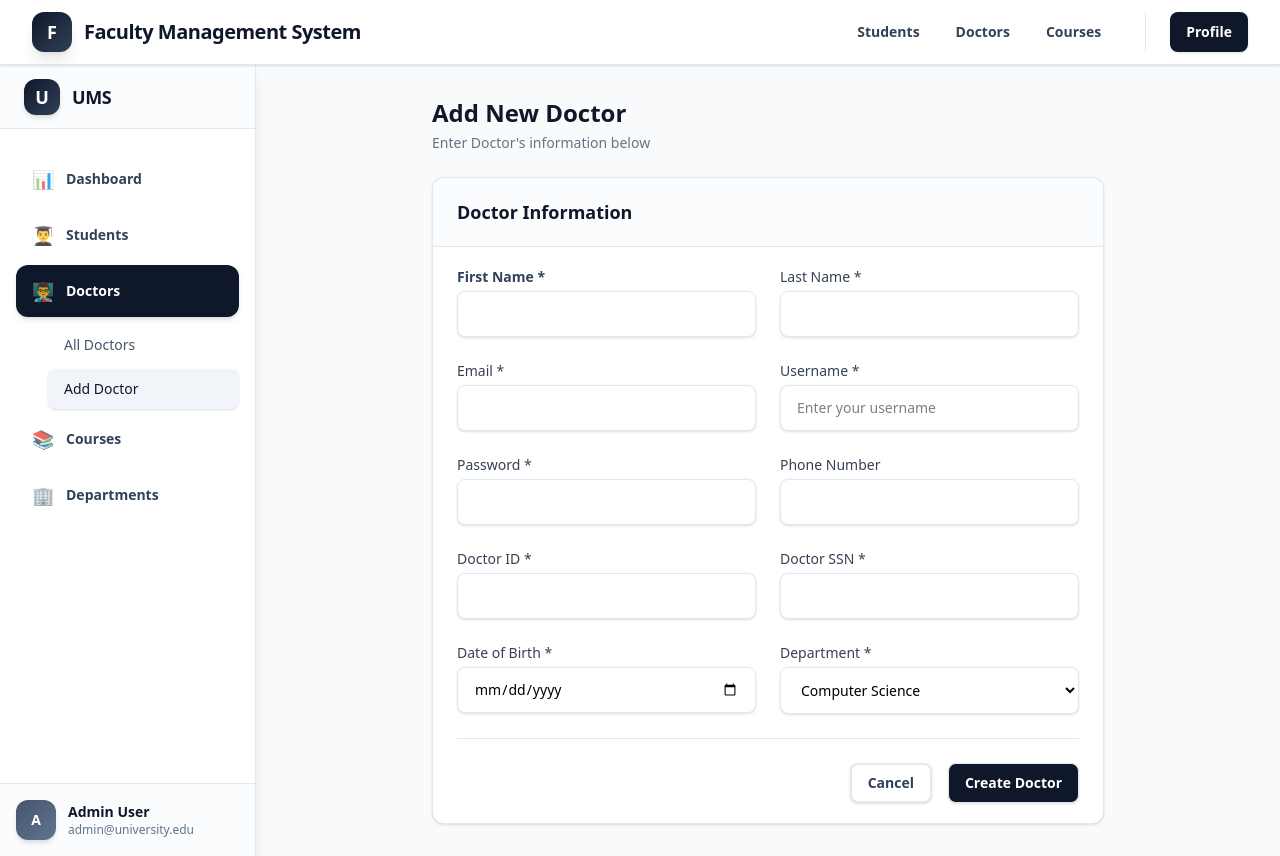
Repository: Mohamedmohsen179/Advanced-DB-Task
Page: /doctors/new (app in frontend/)
An editor plug-in stored every save of this project. The page is shown before and after the next save, followed by the edit.
The browser window is 1280 px wide. The pictures show the whole page.
The page's requests for data from a server got no answer. The project was rebuilt for these pictures with package versions that can differ from the ones it lists, and the page was loaded fresh each time. The framework's server and built-in components were replaced by stand-ins that run in the browser. No one was signed in, and anything a server would have sent is missing. Also part of the build but not shown: frontend/next.config.ts.

Above is the page before, as saved 2025-11-28 19:17:29.

### frontend/app/layout.tsx
import type { Metadata } from "next";
import { Geist, Geist_Mono } from "next/font/google";
import "./globals.css";
import MainLayout from "../components/layout/MainLayout";

const geistSans = Geist({
  variable: "--font-geist-sans",
  subsets: ["latin"],
});

const geistMono = Geist_Mono({
  variable: "--font-geist-mono",
  subsets: ["latin"],
});

export const metadata: Metadata = {
  title: "University Management System",
  description: "A comprehensive university management system built with Next.js and TypeScript",
};

export default function RootLayout({
  children,
}: Readonly<{
  children: React.ReactNode;
}>) {
  return (
    <html lang="en">
      <body
        className={`${geistSans.variable} ${geistMono.variable} antialiased`}
      >
        <MainLayout>{children}</MainLayout>
      </body>
    </html>
  );
}

### frontend/app/doctors/new/page.tsx
'use client';

import { useState } from 'react';
import { useRouter } from 'next/navigation';
import { CreateDoctorRequest } from '../../../types';
import { apiService } from '../../../services/api';
import { Card, CardContent, CardHeader } from '../../../components/ui/Card';
import Button from '../../../components/ui/Button';

export default function NewDoctorPage() {
  const router = useRouter();
  const [loading, setLoading] = useState(false);
  const [error, setError] = useState<string | null>(null);

  const [formData, setFormData] = useState<CreateDoctorRequest>({
    firstName: '',
    lastName: '',
    email: '',
    phoneNumber: '',
    dateOfBirth: '',
    employeeId: '',
    departmentId: '1', // Default to first department
    title: '',
    specialization: '',
    officeLocation: '',
    officeHours: '',
    biography: '',
    qualifications: [],
    researchInterests: [],
  });

  const [qualificationInput, setQualificationInput] = useState('');
  const [researchInput, setResearchInput] = useState('');

  const handleInputChange = (e: React.ChangeEvent<HTMLInputElement | HTMLSelectElement | HTMLTextAreaElement>) => {
    const { name, value } = e.target;
    setFormData(prev => ({
      ...prev,
      [name]: value,
    }));
  };

  const addQualification = () => {
    if (qualificationInput.trim()) {
      setFormData(prev => ({
        ...prev,
        qualifications: [...prev.qualifications, qualificationInput.trim()],
      }));
      setQualificationInput('');
    }
  };

  const removeQualification = (index: number) => {
    setFormData(prev => ({
      ...prev,
      qualifications: prev.qualifications.filter((_, i) => i !== index),
    }));
  };

  const addResearchInterest = () => {
    if (researchInput.trim()) {
      setFormData(prev => ({
        ...prev,
        researchInterests: [...prev.researchInterests, researchInput.trim()],
      }));
      setResearchInput('');
    }
  };

  const removeResearchInterest = (index: number) => {
    setFormData(prev => ({
      ...prev,
      researchInterests: prev.researchInterests.filter((_, i) => i !== index),
    }));
  };

  const handleSubmit = async (e: React.FormEvent) => {
    e.preventDefault();
    setLoading(true);
    setError(null);

    try {
      const response = await apiService.createDoctor(formData);

      if (response.success) {
        router.push('/doctors');
      } else {
        setError('Failed to create doctor');
      }
    } catch (err) {
      setError('An error occurred while creating the doctor');
      console.error('Error creating doctor:', err);
    } finally {
      setLoading(false);
    }
  };

  return (
    <div className="max-w-2xl mx-auto">
      <div className="mb-6">
        <h1 className="text-2xl font-bold text-gray-900">Add New Doctor</h1>
        <p className="mt-1 text-sm text-gray-500">
          Enter Doctor&apos;s information below
        </p>
      </div>

      {error && (
        <div className="mb-6 bg-red-50 border border-red-200 rounded-md p-4">
          <div className="flex">
            <div className="flex-shrink-0">
              <svg className="h-5 w-5 text-red-400" viewBox="0 0 20 20" fill="currentColor">
                <path fillRule="evenodd" d="M10 18a8 8 0 100-16 8 8 0 000 16zM8.707 7.293a1 1 0 00-1.414 1.414L8.586 10l-1.293 1.293a1 1 0 101.414 1.414L10 11.414l1.293 1.293a1 1 0 001.414-1.414L11.414 10l1.293-1.293a1 1 0 00-1.414-1.414L10 8.586 8.707 7.293z" clipRule="evenodd" />
              </svg>
            </div>
            <div className="ml-3">
              <h3 className="text-sm font-medium text-red-800">Error</h3>
              <div className="mt-2 text-sm text-red-700">
                <p>{error}</p>
              </div>
            </div>
          </div>
        </div>
      )}

      <Card>
        <CardHeader>
          <h2 className="text-lg font-semibold text-gray-900">Doctor Information</h2>
        </CardHeader>
        <CardContent>
          <form onSubmit={handleSubmit} className="space-y-6">
            {/* Basic Information */}
            <div className="grid grid-cols-1 md:grid-cols-2 gap-6">
              <div>
                <label htmlFor="firstName" className="block text-sm font-semibold text-slate-700">
                  First Name *
                </label>
                <input
                  type="text"
                  id="firstName"
                  name="firstName"
                  required
                  value={formData.firstName}
                  onChange={handleInputChange}
                  className="text-black mt-1 block w-full border border-slate-300 rounded-lg px-4 py-3 text-sm focus:outline-none focus:ring-2 focus:ring-slate-500 focus:border-slate-500 transition-all duration-200 bg-white shadow-sm"
                />
              </div>

              <div>
                <label htmlFor="lastName" className="block text-sm font-medium text-gray-700">
                  Last Name *
                </label>
                <input
                  type="text"
                  id="lastName"
                  name="lastName"
                  required
                  value={formData.lastName}
                  onChange={handleInputChange}
                  className="text-black mt-1 block w-full border border-slate-300 rounded-lg px-4 py-3 text-sm focus:outline-none focus:ring-2 focus:ring-slate-500 focus:border-slate-500 transition-all duration-200 bg-white shadow-sm"
                />
              </div>

              <div>
                <label htmlFor="email" className="block text-sm font-medium text-gray-700">
                  Email *
                </label>
                <input
                  type="email"
                  id="email"
                  name="email"
                  required
                  value={formData.email}
                  onChange={handleInputChange}
                  className="text-black mt-1 block w-full border border-slate-300 rounded-lg px-4 py-3 text-sm focus:outline-none focus:ring-2 focus:ring-slate-500 focus:border-slate-500 transition-all duration-200 bg-white shadow-sm"
                />
              </div>

              <div>
                <label
                  htmlFor="username"
                  className="block text-sm font-medium text-gray-700"
                >
                  Username *
                </label>
                <input
                  type="text"
                  id="username"
                  name="username"
                  required
                  value={formData.username}
                  onChange={handleInputChange}
                  placeholder="Enter your username"
                  className="text-black mt-1 block w-full border border-slate-300 rounded-lg px-4 py-3 text-sm
           focus:outline-none focus:ring-2 focus:ring-slate-500 focus:border-slate-500
           transition-all duration-200 bg-white shadow-sm"
                />
              </div>


              <div>
                <label htmlFor="password" className="block text-sm font-medium text-gray-700">
                  Password *
                </label>
                <input
                  type="password"
                  id="password"
                  name="password"
                  required
                  value={formData.password}
                  onChange={handleInputChange}
                  className="text-black mt-1 block w-full border border-slate-300 rounded-lg px-4 py-3 text-sm focus:outline-none focus:ring-2 focus:ring-slate-500 focus:border-slate-500 transition-all duration-200 bg-white shadow-sm"
                />
              </div>

              <div>
                <label htmlFor="phoneNumber" className="block text-sm font-medium text-gray-700">
                  Phone Number
                </label>
                <input
                  type="tel"
                  id="phoneNumber"
                  name="phoneNumber"
                  value={formData.phoneNumber}
                  onChange={handleInputChange}
                  className="text-black mt-1 block w-full border border-slate-300 rounded-lg px-4 py-3 text-sm focus:outline-none focus:ring-2 focus:ring-slate-500 focus:border-slate-500 transition-all duration-200 bg-white shadow-sm"
                />
              </div>

              <div>
                <label htmlFor="employeeId" className="block text-sm font-medium text-gray-700">
                  Doctor ID *
                </label>
                <input
                  type="text"
                  id="employeeId"
                  name="employeeId"
                  required
                  value={formData.employeeId}
                  onChange={handleInputChange}
                  className="text-black mt-1 block w-full border border-slate-300 rounded-lg px-4 py-3 text-sm focus:outline-none focus:ring-2 focus:ring-slate-500 focus:border-slate-500 transition-all duration-200 bg-white shadow-sm"
                />
              </div>

              <div>
                <label htmlFor="doctorSsn" className="block text-sm font-medium text-gray-700">
                  Doctor SSN *
                </label>
                <input
                  type="text"
                  id="doctorSsn"
                  name="doctorSsn"
                  required
                  value={formData.employeeId}
                  onChange={handleInputChange}
                  className="text-black mt-1 block w-full border border-slate-300 rounded-lg px-4 py-3 text-sm focus:outline-none focus:ring-2 focus:ring-slate-500 focus:border-slate-500 transition-all duration-200 bg-white shadow-sm"
                />
              </div>

              <div>
                <label htmlFor="dateOfBirth" className="block text-sm font-medium text-gray-700">
                  Date of Birth *
                </label>
                <input
                  type="date"
                  id="dateOfBirth"
                  name="dateOfBirth"
                  required
                  value={formData.dateOfBirth}
                  onChange={handleInputChange}
                  className="text-black mt-1 block w-full border border-slate-300 rounded-lg px-4 py-3 text-sm focus:outline-none focus:ring-2 focus:ring-slate-500 focus:border-slate-500 transition-all duration-200 bg-white shadow-sm"
                />
              </div>

              <div>
                <label htmlFor="departmentId" className="block text-sm font-medium text-gray-700">
                  Department *
                </label>
                <select
                  id="departmentId"
                  name="departmentId"
                  required
                  value={formData.departmentId}
                  onChange={handleInputChange}
                  className="text-black mt-1 block w-full border border-slate-300 rounded-lg px-4 py-3 text-sm focus:outline-none focus:ring-2 focus:ring-slate-500 focus:border-slate-500 transition-all duration-200 bg-white shadow-sm"
                >
                  <option value="1">Computer Science</option>
                  <option value="2">Mathematics</option>
                </select>
              </div>
            </div>


            <div className="flex justify-end space-x-4 pt-6 border-t border-gray-200">
              <Button
                type="button"
                variant="outline"
                onClick={() => router.back()}
              >
                Cancel
              </Button>
              <Button
                type="submit"
                loading={loading}
              >
                Create Doctor
              </Button>
            </div>
          </form>
        </CardContent>
      </Card>
    </div>
  );
}

### frontend/app/globals.css
@import "tailwindcss";

:root {
  --background: #fafafa;
  --foreground: #0f172a;
  --primary: #2563eb;
  --primary-foreground: #ffffff;
  --secondary: #f1f5f9;
  --secondary-foreground: #334155;
  --muted: #f8fafc;
  --muted-foreground: #64748b;
  --accent: #f1f5f9;
  --accent-foreground: #0f172a;
  --border: #e2e8f0;
  --input: #ffffff;
  --ring: #2563eb;
  --radius: 0.5rem;
}

@theme inline {
  --color-background: var(--background);
  --color-foreground: var(--foreground);
  --font-sans: var(--font-geist-sans);
  --font-mono: var(--font-geist-mono);
}

@media (prefers-color-scheme: dark) {
  :root {
    --background: #020617;
    --foreground: #f8fafc;
    --primary: #3b82f6;
    --primary-foreground: #f8fafc;
    --secondary: #1e293b;
    --secondary-foreground: #f8fafc;
    --muted: #1e293b;
    --muted-foreground: #94a3b8;
    --accent: #1e293b;
    --accent-foreground: #f8fafc;
    --border: #334155;
    --input: #1e293b;
    --ring: #3b82f6;
  }
}

* {
  border-color: var(--border);
}

body {
  background: var(--background);
  color: var(--foreground);
  font-family: var(--font-sans), system-ui, -apple-system, sans-serif;
  line-height: 1.6;
  -webkit-font-smoothing: antialiased;
  -moz-osx-font-smoothing: grayscale;
}

/* Professional scrollbar */
::-webkit-scrollbar {
  width: 8px;
  height: 8px;
}

::-webkit-scrollbar-track {
  background: var(--muted);
}

::-webkit-scrollbar-thumb {
  background: var(--muted-foreground);
  border-radius: 4px;
}

::-webkit-scrollbar-thumb:hover {
  background: var(--foreground);
}

/* Focus styles */
.focus-visible {
  outline: 2px solid var(--ring);
  outline-offset: 2px;
}

/* Professional shadows */
.shadow-professional {
  box-shadow: 0 1px 3px 0 rgb(0 0 0 / 0.1), 0 1px 2px -1px rgb(0 0 0 / 0.1);
}

.shadow-professional-lg {
  box-shadow: 0 10px 15px -3px rgb(0 0 0 / 0.1), 0 4px 6px -4px rgb(0 0 0 / 0.1);
}

### frontend/components/layout/MainLayout.tsx
'use client';

import { useState } from 'react';
import Navbar from './Navbar';
import Sidebar from './Sidebar';

interface MainLayoutProps {
  children: React.ReactNode;
}

export default function MainLayout({ children }: MainLayoutProps) {
  const [sidebarOpen, setSidebarOpen] = useState(false);

  return (
    <div className="min-h-screen bg-slate-50">
      {/* Navbar */}
      <Navbar />

      <div className="flex">
        {/* Sidebar */}
        <Sidebar
          isOpen={sidebarOpen}
          onClose={() => setSidebarOpen(false)}
        />

        {/* Main Content */}
        <div className="flex-1 lg:ml-0">
          {/* Mobile sidebar toggle */}
          <div className="lg:hidden">
            <button
              onClick={() => setSidebarOpen(true)}
              className="fixed top-20 left-4 z-10 bg-white p-3 rounded-xl shadow-professional border border-slate-200 hover:shadow-professional-lg transition-all duration-200"
            >
              <svg className="w-5 h-5 text-slate-600" fill="none" stroke="currentColor" viewBox="0 0 24 24">
                <path strokeLinecap="round" strokeLinejoin="round" strokeWidth={2} d="M4 6h16M4 12h16M4 18h16" />
              </svg>
            </button>
          </div>

          {/* Page Content */}
          <main className="p-6 lg:p-8">
            <div className="max-w-7xl mx-auto">
              {children}
            </div>
          </main>
        </div>
      </div>
    </div>
  );
}

### frontend/components/ui/Card.tsx
import { HTMLAttributes, forwardRef } from 'react';

interface CardProps extends HTMLAttributes<HTMLDivElement> {
  children: React.ReactNode;
}

const Card = forwardRef<HTMLDivElement, CardProps>(
  ({ className = '', children, ...props }, ref) => {
    return (
      <div
        ref={ref}
        className={`bg-white rounded-xl border border-slate-200 shadow-professional hover:shadow-professional-lg transition-shadow duration-200 ${className}`}
        {...props}
      >
        {children}
      </div>
    );
  }
);

Card.displayName = 'Card';

interface CardHeaderProps extends HTMLAttributes<HTMLDivElement> {
  children: React.ReactNode;
}

const CardHeader = forwardRef<HTMLDivElement, CardHeaderProps>(
  ({ className = '', children, ...props }, ref) => {
    return (
      <div
        ref={ref}
        className={`px-6 py-5 border-b border-slate-200 bg-slate-50/50 rounded-t-xl ${className}`}
        {...props}
      >
        {children}
      </div>
    );
  }
);

CardHeader.displayName = 'CardHeader';

interface CardContentProps extends HTMLAttributes<HTMLDivElement> {
  children: React.ReactNode;
}

const CardContent = forwardRef<HTMLDivElement, CardContentProps>(
  ({ className = '', children, ...props }, ref) => {
    return (
      <div
        ref={ref}
        className={`px-6 py-5 ${className}`}
        {...props}
      >
        {children}
      </div>
    );
  }
);

CardContent.displayName = 'CardContent';

interface CardFooterProps extends HTMLAttributes<HTMLDivElement> {
  children: React.ReactNode;
}

const CardFooter = forwardRef<HTMLDivElement, CardFooterProps>(
  ({ className = '', children, ...props }, ref) => {
    return (
      <div
        ref={ref}
        className={`px-6 py-5 border-t border-slate-200 bg-slate-50 rounded-b-xl ${className}`}
        {...props}
      >
        {children}
      </div>
    );
  }
);

CardFooter.displayName = 'CardFooter';

export { Card, CardHeader, CardContent, CardFooter };

### frontend/components/ui/Button.tsx
import { ButtonHTMLAttributes, forwardRef } from 'react';

interface ButtonProps extends ButtonHTMLAttributes<HTMLButtonElement> {
  variant?: 'primary' | 'secondary' | 'danger' | 'outline';
  size?: 'sm' | 'md' | 'lg';
  loading?: boolean;
}

const Button = forwardRef<HTMLButtonElement, ButtonProps>(
  ({ className = '', variant = 'primary', size = 'md', loading = false, children, disabled, ...props }, ref) => {
    const baseClasses = 'inline-flex items-center justify-center font-semibold rounded-lg transition-all duration-200 focus:outline-none focus:ring-2 focus:ring-offset-2 disabled:opacity-50 disabled:cursor-not-allowed shadow-sm hover:shadow-md active:scale-[0.98]';

    const variantClasses = {
      primary: 'bg-slate-900 text-white hover:bg-slate-800 focus:ring-slate-500 border border-slate-900',
      secondary: 'bg-slate-100 text-slate-900 hover:bg-slate-200 focus:ring-slate-500 border border-slate-200',
      danger: 'bg-red-600 text-white hover:bg-red-700 focus:ring-red-500 border border-red-600',
      outline: 'border-2 border-slate-300 text-slate-700 bg-white hover:bg-slate-50 hover:border-slate-400 focus:ring-slate-500',
    };

    const sizeClasses = {
      sm: 'px-3 py-2 text-sm h-9',
      md: 'px-4 py-2.5 text-sm h-10',
      lg: 'px-6 py-3 text-base h-12',
    };

    return (
      <button
        ref={ref}
        className={`${baseClasses} ${variantClasses[variant]} ${sizeClasses[size]} ${className}`}
        disabled={disabled || loading}
        {...props}
      >
        {loading && (
          <svg className="animate-spin -ml-1 mr-2 h-4 w-4" fill="none" viewBox="0 0 24 24">
            <circle className="opacity-25" cx="12" cy="12" r="10" stroke="currentColor" strokeWidth="4" />
            <path className="opacity-75" fill="currentColor" d="M4 12a8 8 0 018-8V0C5.373 0 0 5.373 0 12h4zm2 5.291A7.962 7.962 0 014 12H0c0 3.042 1.135 5.824 3 7.938l3-2.647z" />
          </svg>
        )}
        {children}
      </button>
    );
  }
);

Button.displayName = 'Button';

export default Button;

Loaded but not shown: frontend/services/api.ts (539 lines, source omitted); frontend/components/layout/Sidebar.tsx (158 lines, source omitted); frontend/components/layout/Navbar.tsx (102 lines, source omitted)

After the next save:
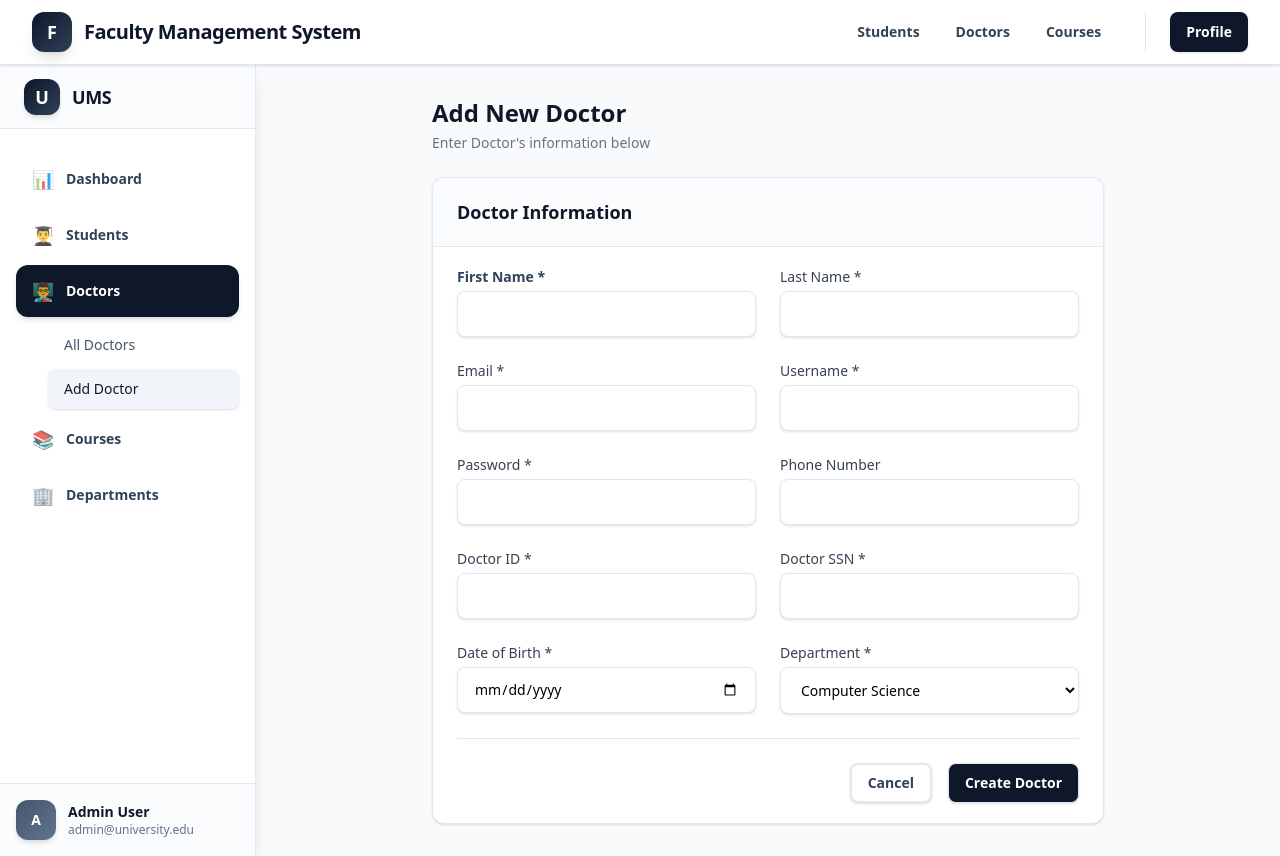
Saved 12 s later.
--- a/frontend/app/doctors/new/page.tsx
+++ b/frontend/app/doctors/new/page.tsx
@@ -189,7 +189,6 @@ export default function NewDoctorPage() {
                   required
                   value={formData.username}
                   onChange={handleInputChange}
-                  placeholder="Enter your username"
                   className="text-black mt-1 block w-full border border-slate-300 rounded-lg px-4 py-3 text-sm
            focus:outline-none focus:ring-2 focus:ring-slate-500 focus:border-slate-500
            transition-all duration-200 bg-white shadow-sm"
